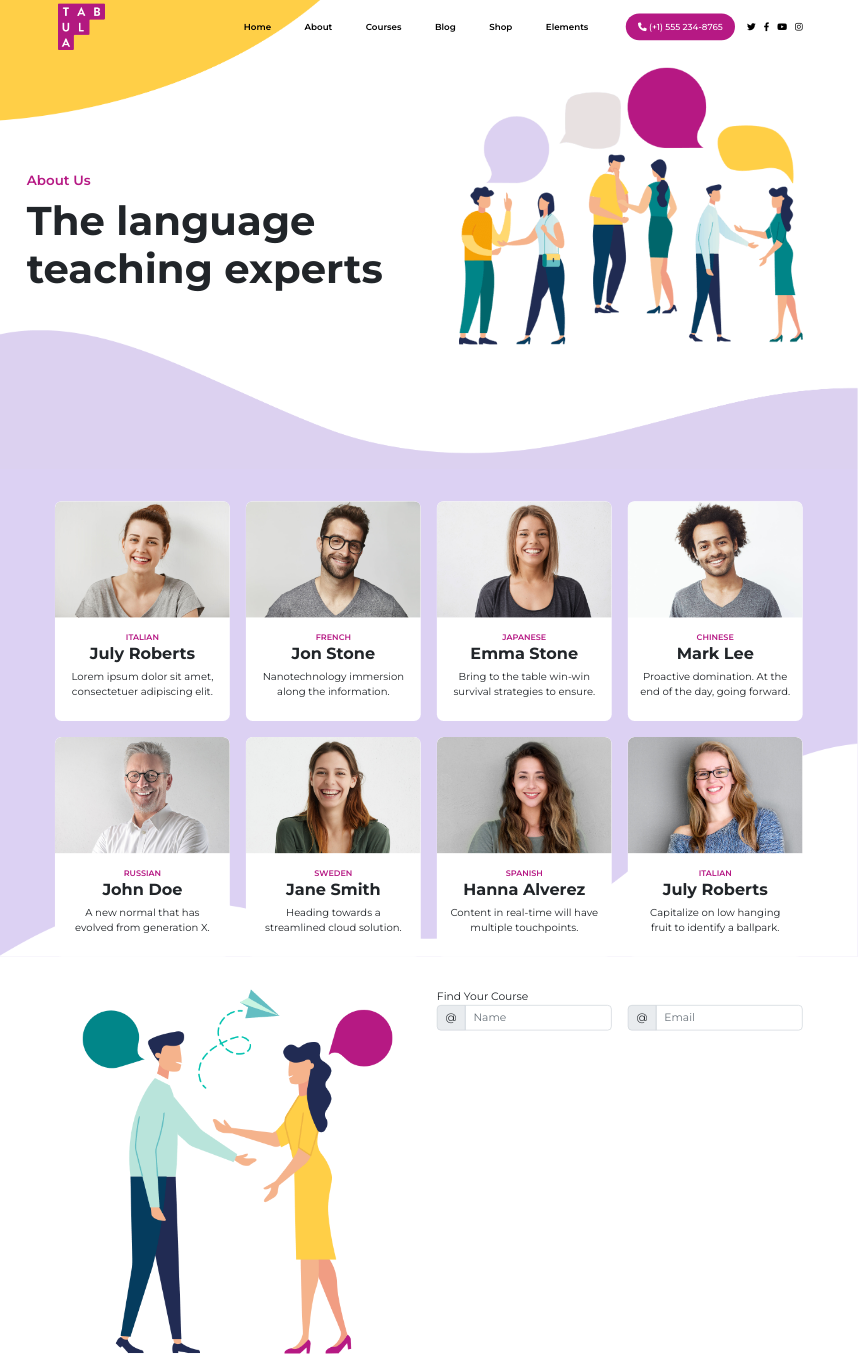
Repository: minhtrivu6199/tabula
Page: index.html
An editor plug-in stored every save of this project. The page is shown before and after the next save, followed by the edit.
The browser window is 1280 px wide. The pictures show the whole page, at 67% of full size.
Some web libraries are served in a nearby version. The style sheet was rebuilt from its Sass, Less or Tailwind sources for each picture, by a compiler version that may differ from the author's.

Above is the page before, as saved 2022-09-28 10:11:41.

### index.html
<!DOCTYPE html>
<html lang="en">
  <head>
    <title>Tabula</title>
    <link rel="shortcut icon" href="img/crest.png" type="image/x-icon" />
    <!-- Required meta tags -->
    <meta charset="utf-8" />
    <meta
      name="viewport"
      content="width=device-width, initial-scale=1, shrink-to-fit=no"
    />

    <!-- Font -->
    <link rel="preconnect" href="https://fonts.googleapis.com" />
    <link rel="preconnect" href="https://fonts.gstatic.com" crossorigin />
    <link
      href="https://fonts.googleapis.com/css2?family=Montserrat:wght@300;400;500;600;700&display=swap"
      rel="stylesheet"
    />

    <!-- Bootstrap CSS v5.2.0-beta1 -->
    <link
      rel="stylesheet"
      href="https://cdn.jsdelivr.net/npm/bootstrap@5.2.0/dist/css/bootstrap.min.css"
      integrity="sha384-gH2yIJqKdNHPEq0n4Mqa/HGKIhSkIHeL5AyhkYV8i59U5AR6csBvApHHNl/vI1Bx"
      crossorigin="anonymous"
    />

    <!-- FontAwesome 6.1.1 CSS -->
    <link
      rel="stylesheet"
      href="https://cdnjs.cloudflare.com/ajax/libs/font-awesome/6.1.1/css/all.min.css"
      integrity="sha512-KfkfwYDsLkIlwQp6LFnl8zNdLGxu9YAA1QvwINks4PhcElQSvqcyVLLD9aMhXd13uQjoXtEKNosOWaZqXgel0g=="
      crossorigin="anonymous"
      referrerpolicy="no-referrer"
    />

    <!-- CSS -->
    <link rel="stylesheet" href="./css/style.min.css" />
  </head>

  <body>
    <!-- HEADER -->
    <header class="header">
      <nav class="navbar navbar-expand-lg navbar-fixed-top bg-transparent p-0">
        <div class="container">
          <div class="header-left">
            <a href="" class="navbar-brand logo">
              <img src="./img/crest.png" alt="" />
            </a>
          </div>
          <div class="header-right">
            <div class="header-menu d-xs-none">
              <ul class="navbar-nav menu">
                <li class="nav-item">
                  <a href="" class="nav-link"> Home </a>
                </li>
                <li class="nav-item">
                  <a href="" class="nav-link"> About </a>
                </li>
                <li class="nav-item">
                  <a href="" class="nav-link"> Courses </a>
                </li>
                <li class="nav-item">
                  <a href="" class="nav-link"> Blog </a>
                </li>
                <li class="nav-item">
                  <a href="" class="nav-link"> Shop </a>
                </li>
                <li class="nav-item">
                  <a href="" class="nav-link"> Elements </a>
                </li>
              </ul>
            </div>
            <div class="header-right-inner">
              <div class="header-btn">
                <a href="" class="btn-default">
                  <span class="btnWidgetIcon">
                    <i class="fa fa-phone"></i>
                  </span>
                  <span class="btnWidgetText"> (+1) 555 234-8765 </span>
                </a>
              </div>
              <a href="" class="iconWidget">
                <div class="btnWidgetIcon">
                  <i class="fab fa-twitter"></i>
                </div>
              </a>
              <a href="" class="iconWidget">
                <div class="btnWidgetIcon">
                  <i class="fab fa-facebook-f"></i>
                </div>
              </a>
              <a href="" class="iconWidget">
                <div class="btnWidgetIcon">
                  <i class="fab fa-youtube"></i>
                </div>
              </a>
              <a href="" class="iconWidget">
                <div class="btnWidgetIcon">
                  <i class="fab fa-instagram"></i>
                </div>
              </a>
            </div>
          </div>
        </div>
      </nav>
    </header>
    <!-- END HEADER -->

    <!-- CONTENT WRAP -->
    <section class="contentWrap">
      <div class="contentHolder">
        <div class="contentPort">
          <div class="cell">
            <div class="cell-inner">
              <div class="row">
                <div class="col-6">
                  <div class="col-content">
                    <span class="subtitle"> About Us </span>
                    <h1 class="title">The language teaching experts</h1>
                  </div>
                </div>
                <div class="col-6">
                  <div class="col-content">
                    <div class="col-thumb">
                      <img src="./img/hero_team.png" alt="" />
                    </div>
                  </div>
                </div>
              </div>
            </div>
          </div>
        </div>
        <div class="top-img">
          <img src="./img/yellow_top_wave_01.png" alt="" />
        </div>
        <div class="bottom-img">
          <img src="./img/Violet_top_left_wave.png" alt="" />
        </div>
      </div>
    </section>
    <!-- END CONTENTWRAP -->

    <!-- CARD -->
    <section class="groupCard">
      <div class="container pt-5">
        <div class="row">
          <div class="col-lg-3 col-md-6 col-sm-6 col-12">
            <div class="card">
              <div class="card-img">
                <img src="./img/teacher_1.jpg" alt="" />
              </div>
              <div class="card-body">
                <div class="card-text">
                  <span class="subtitle"> italian </span>
                  <h3 class="teacherName">July Roberts</h3>
                  <p class="text">
                    Lorem ipsum dolor sit amet, consectetuer adipiscing elit.
                  </p>
                </div>
              </div>
            </div>
          </div>
          <div class="col-lg-3 col-md-6 col-sm-6 col-12">
            <div class="card">
              <div class="card-img">
                <img src="./img/teacher_2.jpg" alt="" />
              </div>
              <div class="card-body">
                <div class="card-text">
                  <span class="subtitle"> FRENCH </span>
                  <h3 class="teacherName">Jon Stone</h3>
                  <p class="text">
                    Nanotechnology immersion along the information.
                  </p>
                </div>
              </div>
            </div>
          </div>
          <div class="col-lg-3 col-md-6 col-sm-6 col-12">
            <div class="card">
              <div class="card-img">
                <img src="./img/teacher_3.jpg" alt="" />
              </div>
              <div class="card-body">
                <div class="card-text">
                  <span class="subtitle"> JAPANESE </span>
                  <h3 class="teacherName">Emma Stone</h3>
                  <p class="text">
                    Bring to the table win-win survival strategies to ensure.
                  </p>
                </div>
              </div>
            </div>
          </div>
          <div class="col-lg-3 col-md-6 col-sm-6 col-12">
            <div class="card">
              <div class="card-img">
                <img src="./img/teacher_4.jpg" alt="" />
              </div>
              <div class="card-body">
                <div class="card-text">
                  <span class="subtitle"> CHINESE </span>
                  <h3 class="teacherName">Mark Lee</h3>
                  <p class="text">
                    Proactive domination. At the end of the day, going forward.
                  </p>
                </div>
              </div>
            </div>
          </div>
        </div>
        <div class="row pt-4">
          <div class="col-lg-3 col-md-6 col-sm-6 col-12">
            <div class="card">
              <div class="card-img">
                <img src="./img/teacher_5.jpg" alt="" />
              </div>
              <div class="card-body">
                <div class="card-text">
                  <span class="subtitle"> RUSSIAN </span>
                  <h3 class="teacherName">John Doe</h3>
                  <p class="text">
                    A new normal that has evolved from generation X.
                  </p>
                </div>
              </div>
            </div>
          </div>
          <div class="col-lg-3 col-md-6 col-sm-6 col-12">
            <div class="card">
              <div class="card-img">
                <img src="./img/teacher_6.jpg" alt="" />
              </div>
              <div class="card-body">
                <div class="card-text">
                  <span class="subtitle"> SWEDEN </span>
                  <h3 class="teacherName">Jane Smith</h3>
                  <p class="text">
                    Heading towards a streamlined cloud solution.
                  </p>
                </div>
              </div>
            </div>
          </div>
          <div class="col-lg-3 col-md-6 col-sm-6 col-12">
            <div class="card">
              <div class="card-img">
                <img src="./img/teacher_7.jpg" alt="" />
              </div>
              <div class="card-body">
                <div class="card-text">
                  <span class="subtitle"> SPANISH </span>
                  <h3 class="teacherName">Hanna Alverez</h3>
                  <p class="text">
                    Content in real-time will have multiple touchpoints.
                  </p>
                </div>
              </div>
            </div>
          </div>
          <div class="col-lg-3 col-md-6 col-sm-6 col-12">
            <div class="card">
              <div class="card-img">
                <img src="./img/teacher_8.jpg" alt="" />
              </div>
              <div class="card-body">
                <div class="card-text">
                  <span class="subtitle"> italian </span>
                  <h3 class="teacherName">July Roberts</h3>
                  <p class="text">
                    Capitalize on low hanging fruit to identify a ballpark.
                  </p>
                </div>
              </div>
            </div>
          </div>
        </div>
      </div>
      <div class="bottom-img">
        <img src="./img/Wave_White_bottom_right_shape_01.png" alt="" />
      </div>
    </section>
    <!-- END CARD -->

    <!-- FIND COURSE -->
    <section class="findCourse">
      <div class="container pt-5">
        <div class="cell">
          <div class="cell-inner">
            <div class="row">
              <div class="col-lg-6 col-md-12">
                <div class="col-thumb">
                  <img src="./img/conatct_inner.png" alt="" />
                </div>
              </div>
              <div class="col-lg-6 col-md-12">
                <div class="col-form">
                  <form class="form" action="">
                    <span class="title"> Find Your Course </span>
                    <div class="row">
                      <div class="input-group flex-nowrap col-6 w-50">
                        <span class="input-group-text">@</span>
                        <input
                          type="text"
                          class="form-control"
                          placeholder="Name"
                          aria-label="Name"
                          aria-describedby="addon-wrapping"
                        />
                      </div>
                      <div class="input-group flex-nowrap col-6 w-50">
                        <span class="input-group-text">@</span>
                        <input
                          type="text"
                          class="form-control"
                          placeholder="Email"
                          aria-label="Email"
                          aria-describedby="addon-wrapping"
                        />
                      </div>
                    </div>
                  </form>
                </div>
              </div>
            </div>
          </div>
        </div>
      </div>
    </section>
    <!-- Bootstrap JavaScript Libraries -->
    <script
      src="https://cdn.jsdelivr.net/npm/@popperjs/core@2.11.5/dist/umd/popper.min.js"
      integrity="sha384-Xe+8cL9oJa6tN/veChSP7q+mnSPaj5Bcu9mPX5F5xIGE0DVittaqT5lorf0EI7Vk"
      crossorigin="anonymous"
    ></script>

    <script
      src="https://cdn.jsdelivr.net/npm/bootstrap@5.2.0/dist/js/bootstrap.min.js"
      integrity="sha384-ODmDIVzN+pFdexxHEHFBQH3/9/vQ9uori45z4JjnFsRydbmQbmL5t1tQ0culUzyK"
      crossorigin="anonymous"
    ></script>
  </body>
</html>

### scss/style.scss
* {
    margin: 0;
    padding: 0;
    box-sizing: border-box;
}

html, body {
    font-family: 'Montserrat', sans-serif;
}

a {
    text-decoration: none;
}

ul {
    list-style: none;
}

img {
    max-width: 100%;
    height: auto;
}


.header {
    position:absolute;
    width: 100%;
    z-index: 2;
    display: block;
    .navbar{
        .container {
            height: 80px;
            justify-content: space-between;
            .header-left {
                height: 100%;
                .logo {
                    position: relative;
                    z-index: 2;
                    img {
                        width: 80px;
                        display: block;
                    }
                }
            }

            .header-right {
                display: flex;
                justify-content: space-between;
                .header-menu {
                    .menu {
                        .nav-item {
                            display: block;
                            padding: 0 50px 0 0;
                            .nav-link {
                                font-weight: 600;
                                color: #000;
                                line-height: 80px;
                                display: block;
                                position: relative;
                                padding: 0;
                                font-size: 13px;
                                &:hover {
                                    color: #b61984;
                                }
                                &::after {
                                    content: '';
                                    display: block;
                                    position:absolute;
                                    bottom: -4px;
                                    margin-left: -4px;
                                    left: 50%;
                                    height: 8px;
                                    width: 8px;
                                    border-radius: 50%;
                                    transition: all 0.3s ease;
                                    transform: scale(0);
                                    background-color: #b61984;
                                }
                                &:hover::after{
                                    transform: scale(1.1);
                                }
                            }
                        }
                    }
                }

                .header-right-inner {
                    display: flex;
                    line-height: 38px;
                    align-items: center;
                    vertical-align: middle;
                    font-size: 16px;
                    .header-btn {
                        display: inline-block;
                        line-height: 1;
                        width: auto;
                        .btn-default {
                            color: #fff;
                            padding: 12px 18px;
                            margin: 6px;
                            font-weight: 500;
                            text-align: center;
                            background: transparent;
                            box-shadow: 0 0 0 36px #b61984 inset;
                            transition: all 0.3s ease;
                            border-radius: 50px;
                            font-size: 13px;
                            &:hover {
                                color: #b61984;
                                box-shadow: 0 0 0 1px #b61984 inset;
                            }
                        }
                    }

                    .iconWidget {
                        margin-left: 12px;
                        color: #000;
                        font-size: 13px;
                        transition: all 0.3s ease;
                        &:hover {
                            color: #b61984;
                        }
                    }
                }
            }
        }
    }
}

.contentWrap {
    .contentHolder{
        position: relative;
        .contentPort {
            display: flex;
            justify-content: center;
            flex-flow: row nowrap;
            .cell {
                width: 1200px;
                max-width: calc(100% - 60px);
                display: block;
                .cell-inner {
                    .row {
                        position: relative;
                        flex-flow: row nowrap;
                        justify-content: center;
                        padding: 60px 0;
                        align-items: center;
                        flex-basis: 50%;
                        // max-width: 70%;
                        // margin: 0 auto;
                        z-index: 1;
                        .col-6 {
                            .col-content {
                                justify-content: center;
                                .subtitle {
                                    font-size: 20px;
                                    margin-bottom: 10px;
                                    color:#b61984;
                                    font-weight: 600;
                                    display: block;
                                }

                                .title {
                                    font-size: 60px;
                                    font-weight: 700;
                                }

                                .col-thumb {
                                    display: block;
                                    line-height: 0;
                                }
                            }
                        }
                    }
                }
            }
        }
        .top-img {
            top: 0;
            right: 0;
            left: 0;
            position:absolute;
            img {
                width: 100%;
                height: auto;
                display: block;
                user-select: none;
            }
        }

        .bottom-img {
            position: absolute;
            bottom: 0;
            right: 0;
            left: 0;
            .img {
                width: 100%;
                height: auto;
                display: block;
                user-select: none;
            }
        }
    }
}

.groupCard {
    background-color: #dcd1f3;
    position: relative;
    .container {
        .row {
            .card {
                border-radius: 10px;
                border: none;
                z-index: 2;
                transition-delay: 0.2s;
                transition: all 0.5s ease-out;
                &:hover {
                    box-shadow: rgba(0, 0, 0, 0.35) 0px 5px 15px;
                }
                .card-img {
                    overflow: hidden;
                    border-radius: 10px 10px 0 0;
                    img {
                        border-radius: 10px 10px 0 0;
                        transition: transform 1000ms cubic-bezier(.190,1,.220,1),opacity 1000ms cubic-bezier(.190,1,.220,1);
                        &:hover {
                            transform: scale(1.05);
                            .card > & {
                                box-shadow: rgba(0, 0, 0, 0.35) 0px 5px 15px;
                            }
                        }
                    }
                }

                .card-body {
                    text-align: center;
                    .subtitle {
                        font-size: 12px;
                        color: #b61984;
                        font-weight: 600;
                        text-transform: uppercase;
                    }

                    .teacherName {
                        font-size: 24px;
                        font-weight: 700;
                    }

                    .text {
                        font-size: 15px;
                    }
                }
            }
        }
    }
    .bottom-img {
        position: absolute;
        bottom: 0;
        right: 0;
        left: 0;
        img {
            display: block;
            user-select: none;
        }
    }
}

After the next save:
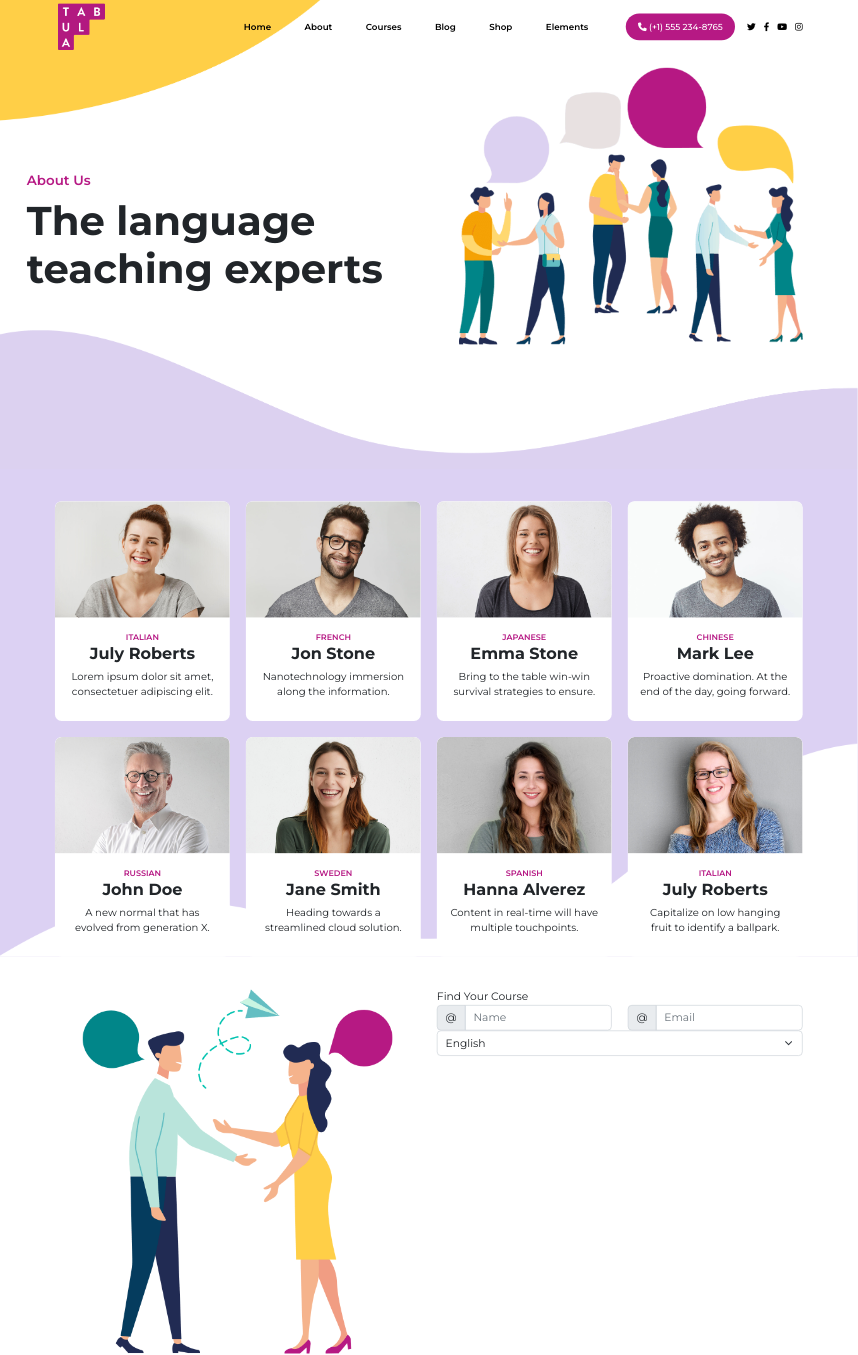
Saved 2 min 13 s later.
--- a/index.html
+++ b/index.html
@@ -321,6 +321,12 @@
                         />
                       </div>
                     </div>
+                    <select class="form-select" aria-label="Default select example">
+                        <option selected>English</option>
+                        <option value="1">French</option>
+                        <option value="2">Spanish</option>
+                        <option value="3">German</option>
+                      </select>
                   </form>
                 </div>
               </div>
